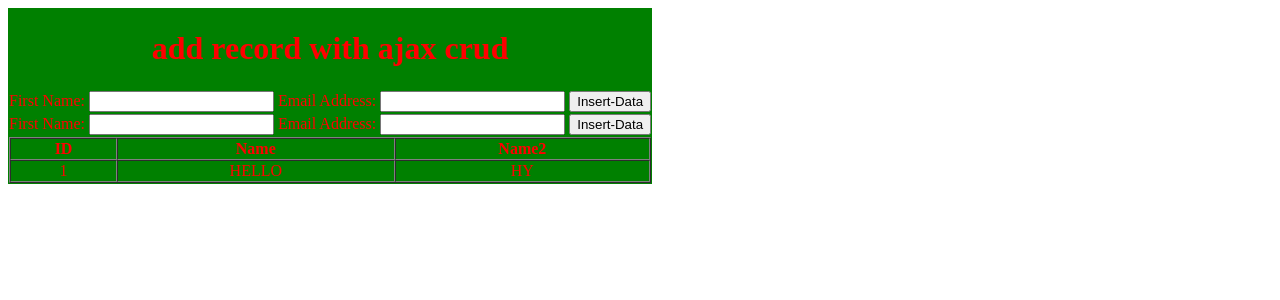
Repository: Tauqeer124/newrepo
Page: http://localhost/insertdata.php
These files come from the project's save history. The page is drawn as it stood at one moment and after the next save; the edit follows.
The browser window is 1280 px wide. The pictures show the whole page.
The page is run by PHP 8.4 with error messages shown; the project is at /var/www/html/.

Above is the page before, as saved 2023-04-28 20:12:49.
Console error: ReferenceError: $ is not defined

After the next save:
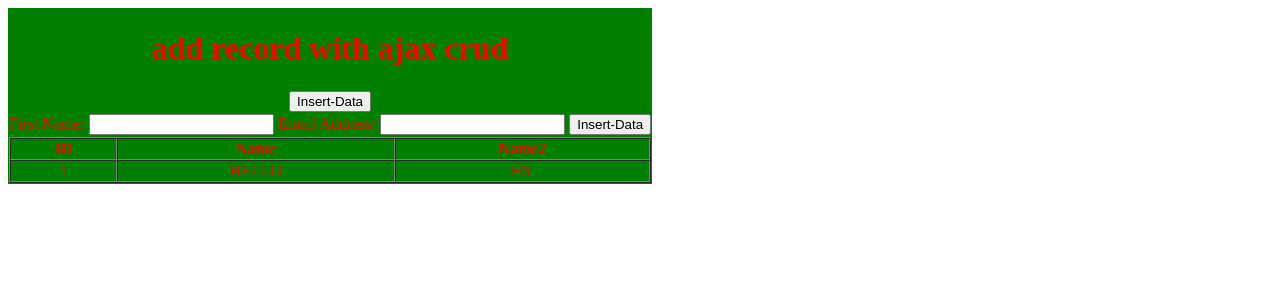
Saved 7 s later.
--- a/insertdata.php
+++ b/insertdata.php
@@ -19,8 +19,7 @@
             </tr>
             <tr>
                 <td id="table-form">
-                    First Name: <input type="text" id="name">
-                    Email Address: <input type="text" id="email">
+
                     <input type="button" id="save-button" value="Insert-Data" >
                 </td>
             </tr>
